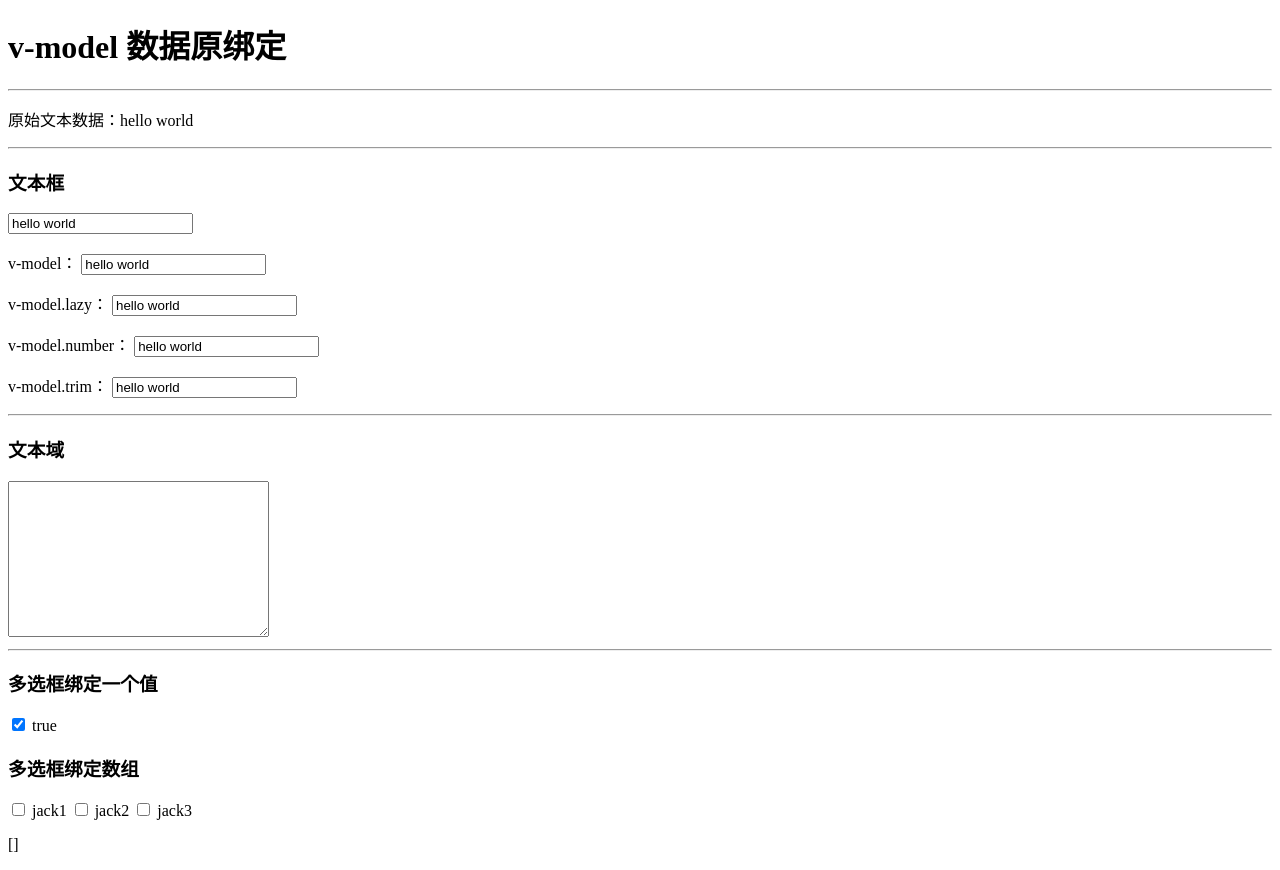
Repository: 13982720426/vue2.0-LearningNotes
Page: example/v-model.html
These files come from the project's save history. The page is drawn as it stood at one moment and after the next save; the edit follows.
The browser window is 1280 px wide. The pictures show the whole page.

Above is the page before, as saved 2021-06-17 21:26:50.

After the next save:
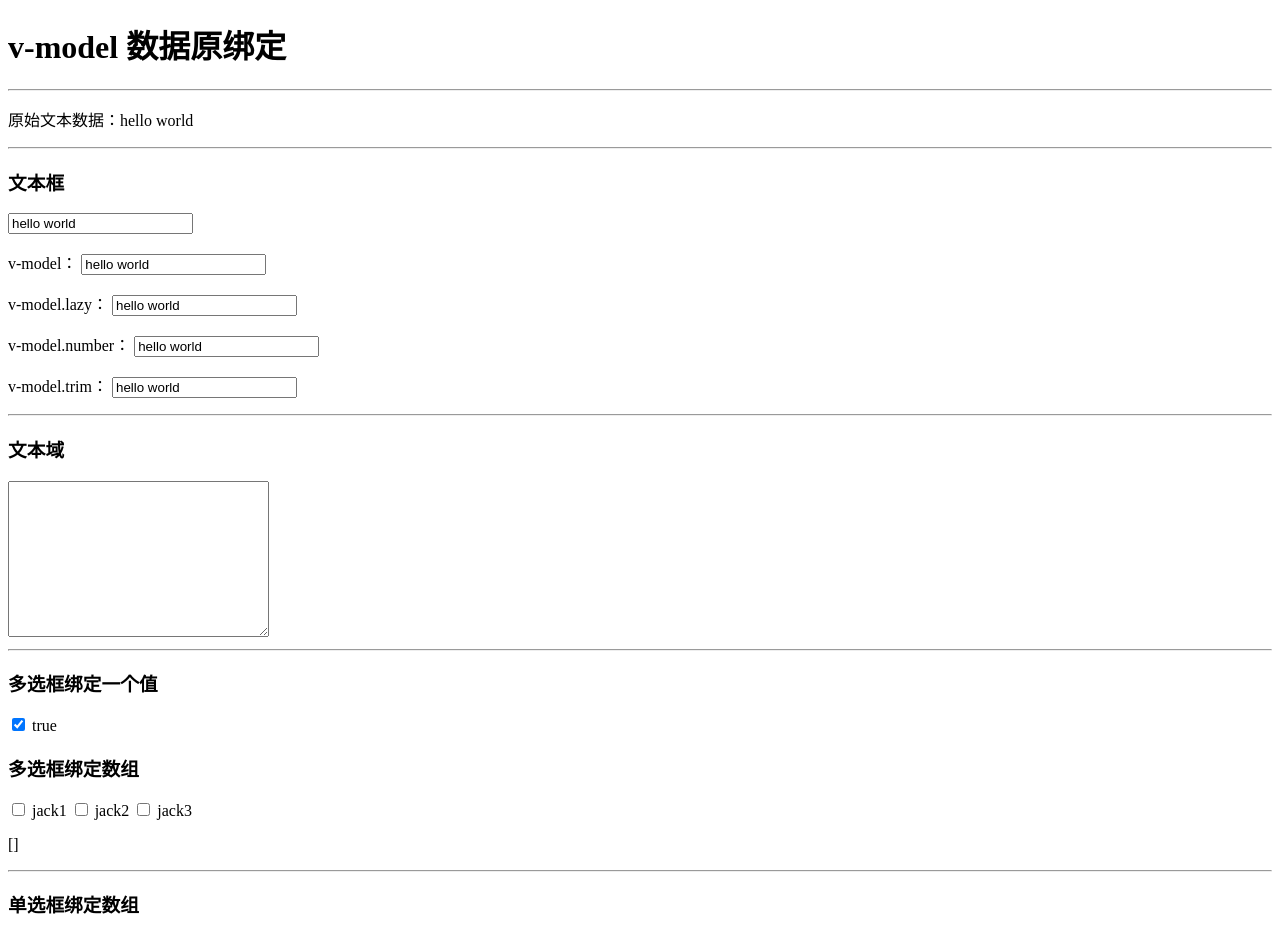
Saved 4 min 26 s later.
--- a/example/v-model.html
+++ b/example/v-model.html
@@ -49,6 +49,8 @@
         <label for="isTrue">jack3</label>
       </p>
       <p>{{web_names}}</p>
+      <hr />
+      <h3>单选框绑定数组</h3>
     </div>
 
     <script type="text/javascript">
